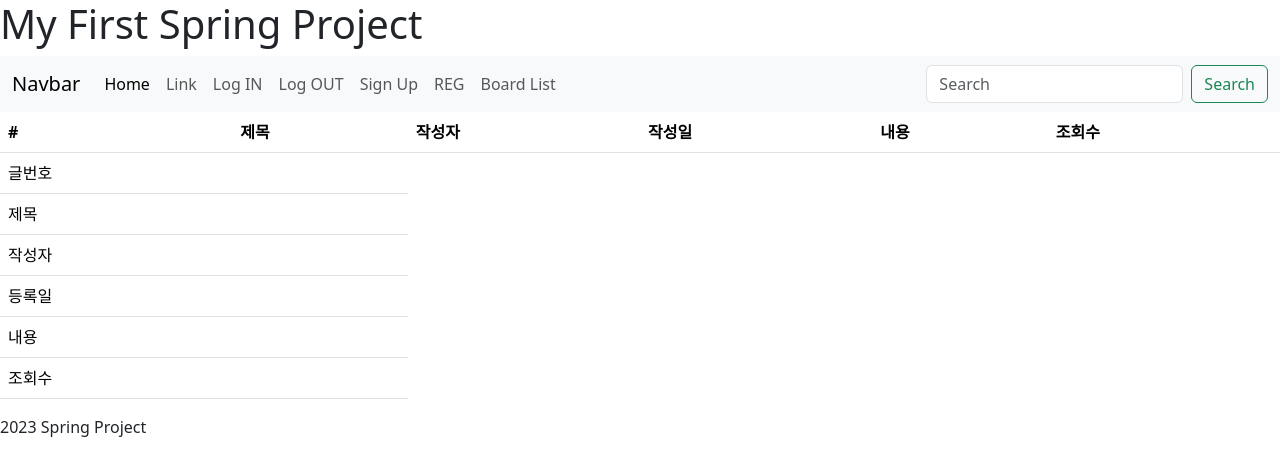
Repository: gatsby5959/_springTest
Page: http://localhost/spring-Test/WEB-INF/views/board/detail.jsp
An editor plug-in stored every save of this project. The page is shown before and after the next save, followed by the edit.
The browser window is 1280 px wide. The pictures show the whole page.
The page is served by Tomcat 9. Nobody is signed in. The template is opened directly, without the code that normally fills it, so the values that code supplies are empty.

Above is the page before, as saved 2023-10-05 10:18:34.

After the next save:
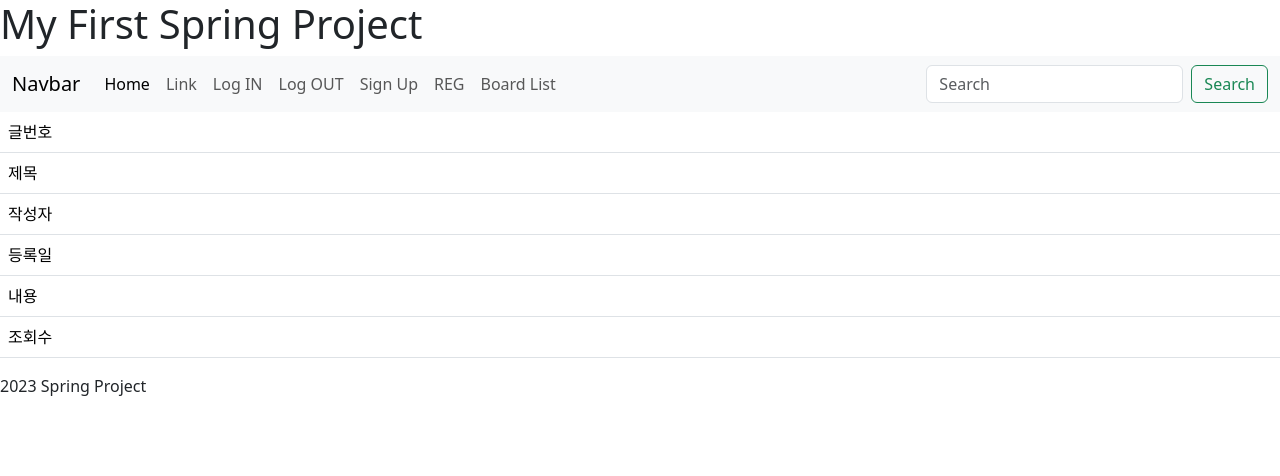
Saved 37 s later.
--- a/spring-Test/src/main/webapp/WEB-INF/views/board/detail.jsp
+++ b/spring-Test/src/main/webapp/WEB-INF/views/board/detail.jsp
@@ -15,16 +15,16 @@
 
 <table class="table hover">
 <thead>
-<tr>
-	<th>#</th>
-	<th>제목</th>
-	<th>작성자</th>
-	<th>작성일</th>
-	<th>내용</th>
-	<th>조회수</th>
-</tr>
+<!-- <tr> -->
+<!-- 	<th>#</th> -->
+<!-- 	<th>제목</th> -->
+<!-- 	<th>작성자</th> -->
+<!-- 	<th>작성일</th> -->
+<!-- 	<th>내용</th> -->
+<!-- 	<th>조회수</th> -->
+<!-- </tr> -->
 </thead>
-<tbody>
+<tbody class="table hover">
 
 	<tr>
 				<td>글번호</td>
